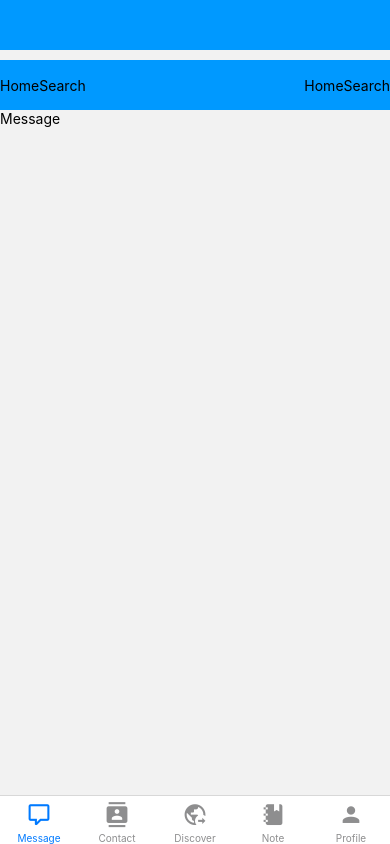
Repository: dinhtq-47/react-native
Screen: /
These files come from the project's save history. The screen is drawn as it stood at one moment and after the next save; the edit follows.
The app was drawn by React Native's web renderer in a window 390 px wide. The project was rebuilt for these pictures with package versions that can differ from the ones it lists, and the page was loaded fresh each time. Also part of the build but not shown: screens/Contact.js, screens/Discover.js, screens/Note.js, screens/Profile.js.

Above is the screen before, as saved 2022-02-16 18:29:17.

After the next save:
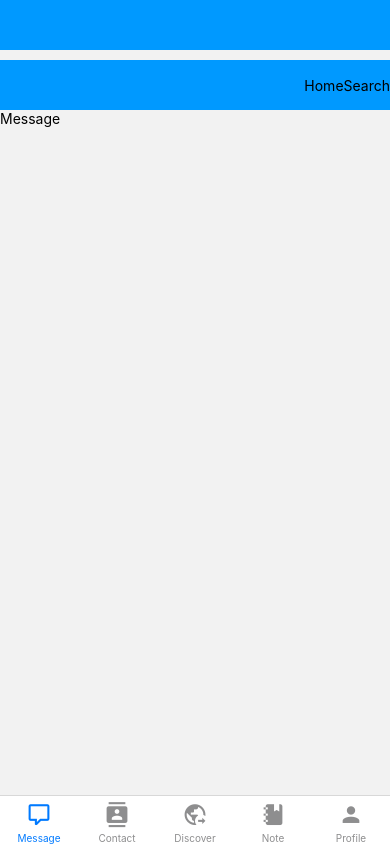
Saved 19 s later.
--- a/components/HomeSearch.js
+++ b/components/HomeSearch.js
@@ -5,7 +5,7 @@ const HomeSearch = () => {
     <View>
       <SafeAreaView>
         <View style={styles.container}>
-          <Text>HomeSearch</Text>
+          <View></View>
           <Text>HomeSearch</Text>
         </View>
       </SafeAreaView>
